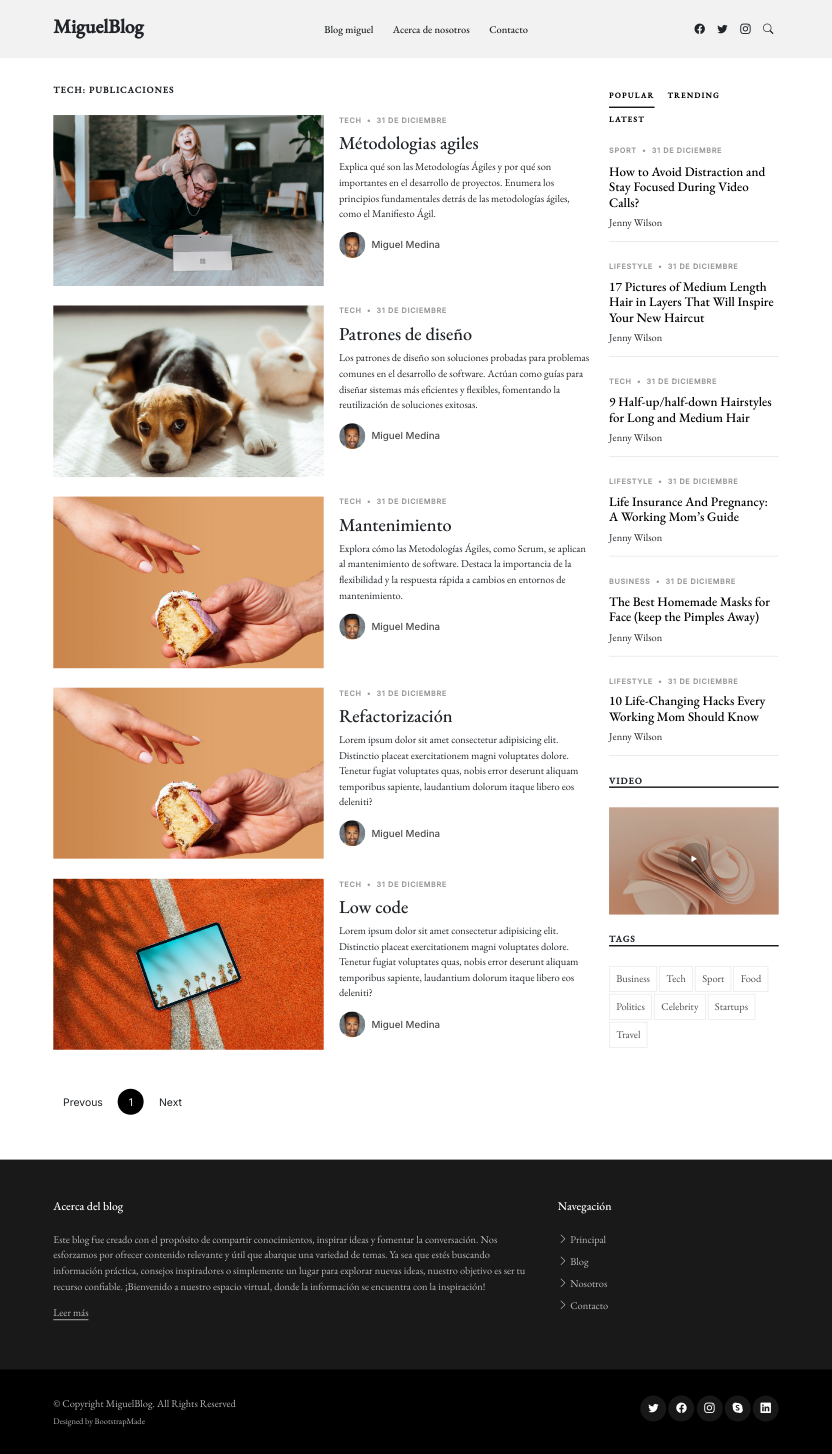
Repository: MiguelDev5/blog-miguel
Page: index.html
These files come from the project's save history. The page is drawn as it stood at one moment and after the next save; the edit follows.
The browser window is 1280 px wide. The pictures show the whole page, at 65% of full size.
Some web fonts or font styles are not loaded; a fallback is used.

Above is the page before, as saved 2024-01-01 20:35:38.

### index.html
<!DOCTYPE html>
<html lang="en">

<head>
  <meta charset="utf-8">
  <meta content="width=device-width, initial-scale=1.0" name="viewport">

  <title>MiguelBlog Bootstrap Template - Category</title>
  <meta content="" name="description">
  <meta content="" name="keywords">

  <!-- Favicons -->
  <link href="assets/img/favicon.png" rel="icon">
  <link href="assets/img/apple-touch-icon.png" rel="apple-touch-icon">

  <!-- Google Fonts -->
  <link rel="preconnect" href="https://fonts.googleapis.com">
  <link rel="preconnect" href="https://fonts.gstatic.com" crossorigin>
  <link href="https://fonts.googleapis.com/css2?family=EB+Garamond:wght@400;500&family=Inter:wght@400;500&family=Playfair+Display:ital,wght@0,400;0,700;1,400;1,700&display=swap" rel="stylesheet">

  <!-- Vendor CSS Files -->
  <link href="assets/vendor/bootstrap/css/bootstrap.min.css" rel="stylesheet">
  <link href="assets/vendor/bootstrap-icons/bootstrap-icons.css" rel="stylesheet">
  <link href="assets/vendor/swiper/swiper-bundle.min.css" rel="stylesheet">
  <link href="assets/vendor/glightbox/css/glightbox.min.css" rel="stylesheet">
  <link href="assets/vendor/aos/aos.css" rel="stylesheet">

  <!-- Template Main CSS Files -->
  <link href="assets/css/variables.css" rel="stylesheet">
  <link href="assets/css/main.css" rel="stylesheet">

  <!-- =======================================================
  * Template Name: MiguelBlog
  * Updated: Sep 18 2023 with Bootstrap v5.3.2
  * Template URL: https://bootstrapmade.com/miguelBlog-bootstrap-blog-template/
  * Author: BootstrapMade.com
  * License: https:///bootstrapmade.com/license/
  ======================================================== -->
</head>

<body>

  <!-- ======= Header ======= -->
  <header id="header" class="header d-flex align-items-center fixed-top">
    <div class="container-fluid container-xl d-flex align-items-center justify-content-between">

      <a href="index.html" class="logo d-flex align-items-center">
        <!-- Uncomment the line below if you also wish to use an image logo -->
        <!-- <img src="assets/img/logo.png" alt=""> -->
        <h1>MiguelBlog</h1>
      </a>

      <nav id="navbar" class="navbar">
        <ul>
          <li><a href="index.html">Blog miguel</a></li>
          <li><a href="about.html">Acerca de nosotros</a></li>
          <li><a href="contact.html">Contacto</a></li>
        </ul>
      </nav><!-- .navbar -->

      <div class="position-relative">
        <a href="#" class="mx-2"><span class="bi-facebook"></span></a>
        <a href="#" class="mx-2"><span class="bi-twitter"></span></a>
        <a href="#" class="mx-2"><span class="bi-instagram"></span></a>

        <a href="#" class="mx-2 js-search-open"><span class="bi-search"></span></a>
        <i class="bi bi-list mobile-nav-toggle"></i>

        <!-- ======= Search Form ======= -->
        <div class="search-form-wrap js-search-form-wrap">
          <form action="search-result.html" class="search-form">
            <span class="icon bi-search"></span>
            <input type="text" placeholder="Search" class="form-control">
            <button class="btn js-search-close"><span class="bi-x"></span></button>
          </form>
        </div><!-- End Search Form -->

      </div>

    </div>

  </header><!-- End Header -->

  <main id="main">
    <section>
      <div class="container">
        <div class="row">

          <div class="col-md-9" data-aos="fade-up">
            <h3 class="category-title">Tech: publicaciones</h3>

            <div class="d-md-flex post-entry-2 half">
              <a href="single-post.html" class="me-4 thumbnail">
                <img src="assets/img/post-landscape-6.jpg" alt="" class="img-fluid">
              </a>
              <div>
                <div class="post-meta"><span class="date">Tech</span> <span class="mx-1">&bullet;</span> <span>31 de Diciembre</span></div>
                <h3><a href="post-ma.html">Métodologias agiles</a></h3>
                <p>Explica qué son las Metodologías Ágiles y por qué son importantes en el desarrollo de proyectos.
                  Enumera los principios fundamentales detrás de las metodologías ágiles, como el Manifiesto Ágil.</p>
                <div class="d-flex align-items-center author">
                  <div class="photo"><img src="assets/img/person-2.jpg" alt="" class="img-fluid"></div>
                  <div class="name">
                    <h3 class="m-0 p-0">Miguel Medina</h3>
                  </div>
                </div>
              </div>
            </div>

            <div class="d-md-flex post-entry-2 half">
              <a href="single-post.html" class="me-4 thumbnail">
                <img src="assets/img/post-landscape-1.jpg" alt="" class="img-fluid">
              </a>
              <div>
                <div class="post-meta"><span class="date">Tech</span> <span class="mx-1">&bullet;</span> <span>31 de Diciembre</span></div>
                <h3><a href="post-pd.html">Patrones de diseño</a></h3>
                <p>Los patrones de diseño son soluciones probadas para problemas comunes en el desarrollo de software. Actúan como guías para diseñar sistemas más eficientes y flexibles, fomentando la reutilización de soluciones exitosas.</p>
                <div class="d-flex align-items-center author">
                  <div class="photo"><img src="assets/img/person-2.jpg" alt="" class="img-fluid"></div>
                  <div class="name">
                    <h3 class="m-0 p-0">Miguel Medina</h3>
                  </div>
                </div>
              </div>
            </div>

            <div class="d-md-flex post-entry-2 half">
              <a href="single-post.html" class="me-4 thumbnail">
                <img src="assets/img/post-landscape-2.jpg" alt="" class="img-fluid">
              </a>
              <div>
                <div class="post-meta"><span class="date">Tech</span> <span class="mx-1">&bullet;</span> <span>31 de Diciembre</span></div>
                <h3><a href="m-post.html">Mantenimiento</a></h3>
                <p>Explora cómo las Metodologías Ágiles, como Scrum, se aplican al mantenimiento de software. Destaca la importancia de la flexibilidad y la respuesta rápida a cambios en entornos de mantenimiento.</p>
                <div class="d-flex align-items-center author">
                  <div class="photo"><img src="assets/img/person-2.jpg" alt="" class="img-fluid"></div>
                  <div class="name">
                    <h3 class="m-0 p-0">Miguel Medina</h3>
                  </div>
                </div>
              </div>
            </div>

            <div class="d-md-flex post-entry-2 half">
              <a href="single-post.html" class="me-4 thumbnail">
                <img src="assets/img/post-landscape-2.jpg" alt="" class="img-fluid">
              </a>
              <div>
                <div class="post-meta"><span class="date">Tech</span> <span class="mx-1">&bullet;</span> <span>31 de Diciembre</span></div>
                <h3><a href="single-post.html">Refactorización</a></h3>
                <p>Lorem ipsum dolor sit amet consectetur adipisicing elit. Distinctio placeat exercitationem magni voluptates dolore. Tenetur fugiat voluptates quas, nobis error deserunt aliquam temporibus sapiente, laudantium dolorum itaque libero eos deleniti?</p>
                <div class="d-flex align-items-center author">
                  <div class="photo"><img src="assets/img/person-2.jpg" alt="" class="img-fluid"></div>
                  <div class="name">
                    <h3 class="m-0 p-0">Miguel Medina</h3>
                  </div>
                </div>
              </div>
            </div>

            <div class="d-md-flex post-entry-2 half">
              <a href="single-post.html" class="me-4 thumbnail">
                <img src="assets/img/post-landscape-3.jpg" alt="" class="img-fluid">
              </a>
              <div>
                <div class="post-meta"><span class="date">Tech</span> <span class="mx-1">&bullet;</span> <span>31 de Diciembre</span></div>
                <h3><a href="single-post.html">Low code</a></h3>
                <p>Lorem ipsum dolor sit amet consectetur adipisicing elit. Distinctio placeat exercitationem magni voluptates dolore. Tenetur fugiat voluptates quas, nobis error deserunt aliquam temporibus sapiente, laudantium dolorum itaque libero eos deleniti?</p>
                <div class="d-flex align-items-center author">
                  <div class="photo"><img src="assets/img/person-2.jpg" alt="" class="img-fluid"></div>
                  <div class="name">
                    <h3 class="m-0 p-0">Miguel Medina</h3>
                  </div>
                </div>
              </div>
            </div>
            <div class="text-start py-4">
              <div class="custom-pagination">
                <a href="#" class="prev">Prevous</a>
                <a href="#" class="active">1</a>
                <a href="#" class="next">Next</a>
              </div>
            </div>
          </div>

          <div class="col-md-3">
            <!-- ======= Sidebar ======= -->
            <div class="aside-block">

              <ul class="nav nav-pills custom-tab-nav mb-4" id="pills-tab" role="tablist">
                <li class="nav-item" role="presentation">
                  <button class="nav-link active" id="pills-popular-tab" data-bs-toggle="pill" data-bs-target="#pills-popular" type="button" role="tab" aria-controls="pills-popular" aria-selected="true">Popular</button>
                </li>
                <li class="nav-item" role="presentation">
                  <button class="nav-link" id="pills-trending-tab" data-bs-toggle="pill" data-bs-target="#pills-trending" type="button" role="tab" aria-controls="pills-trending" aria-selected="false">Trending</button>
                </li>
                <li class="nav-item" role="presentation">
                  <button class="nav-link" id="pills-latest-tab" data-bs-toggle="pill" data-bs-target="#pills-latest" type="button" role="tab" aria-controls="pills-latest" aria-selected="false">Latest</button>
                </li>
              </ul>

              <div class="tab-content" id="pills-tabContent">

                <!-- Popular -->
                <div class="tab-pane fade show active" id="pills-popular" role="tabpanel" aria-labelledby="pills-popular-tab">
                  <div class="post-entry-1 border-bottom">
                    <div class="post-meta"><span class="date">Sport</span> <span class="mx-1">&bullet;</span> <span>31 de Diciembre</span></div>
                    <h2 class="mb-2"><a href="#">How to Avoid Distraction and Stay Focused During Video Calls?</a></h2>
                    <span class="author mb-3 d-block">Jenny Wilson</span>
                  </div>

                  <div class="post-entry-1 border-bottom">
                    <div class="post-meta"><span class="date">Lifestyle</span> <span class="mx-1">&bullet;</span> <span>31 de Diciembre</span></div>
                    <h2 class="mb-2"><a href="#">17 Pictures of Medium Length Hair in Layers That Will Inspire Your New Haircut</a></h2>
                    <span class="author mb-3 d-block">Jenny Wilson</span>
                  </div>

                  <div class="post-entry-1 border-bottom">
                    <div class="post-meta"><span class="date">Tech</span> <span class="mx-1">&bullet;</span> <span>31 de Diciembre</span></div>
                    <h2 class="mb-2"><a href="#">9 Half-up/half-down Hairstyles for Long and Medium Hair</a></h2>
                    <span class="author mb-3 d-block">Jenny Wilson</span>
                  </div>

                  <div class="post-entry-1 border-bottom">
                    <div class="post-meta"><span class="date">Lifestyle</span> <span class="mx-1">&bullet;</span> <span>31 de Diciembre</span></div>
                    <h2 class="mb-2"><a href="#">Life Insurance And Pregnancy: A Working Mom’s Guide</a></h2>
                    <span class="author mb-3 d-block">Jenny Wilson</span>
                  </div>

                  <div class="post-entry-1 border-bottom">
                    <div class="post-meta"><span class="date">Business</span> <span class="mx-1">&bullet;</span> <span>31 de Diciembre</span></div>
                    <h2 class="mb-2"><a href="#">The Best Homemade Masks for Face (keep the Pimples Away)</a></h2>
                    <span class="author mb-3 d-block">Jenny Wilson</span>
                  </div>

                  <div class="post-entry-1 border-bottom">
                    <div class="post-meta"><span class="date">Lifestyle</span> <span class="mx-1">&bullet;</span> <span>31 de Diciembre</span></div>
                    <h2 class="mb-2"><a href="#">10 Life-Changing Hacks Every Working Mom Should Know</a></h2>
                    <span class="author mb-3 d-block">Jenny Wilson</span>
                  </div>
                </div> <!-- End Popular -->

                <!-- Trending -->
                <div class="tab-pane fade" id="pills-trending" role="tabpanel" aria-labelledby="pills-trending-tab">
                  <div class="post-entry-1 border-bottom">
                    <div class="post-meta"><span class="date">Lifestyle</span> <span class="mx-1">&bullet;</span> <span>31 de Diciembre</span></div>
                    <h2 class="mb-2"><a href="#">17 Pictures of Medium Length Hair in Layers That Will Inspire Your New Haircut</a></h2>
                    <span class="author mb-3 d-block">Jenny Wilson</span>
                  </div>

                  <div class="post-entry-1 border-bottom">
                    <div class="post-meta"><span class="date">Tech</span> <span class="mx-1">&bullet;</span> <span>31 de Diciembre</span></div>
                    <h2 class="mb-2"><a href="#">9 Half-up/half-down Hairstyles for Long and Medium Hair</a></h2>
                    <span class="author mb-3 d-block">Jenny Wilson</span>
                  </div>

                  <div class="post-entry-1 border-bottom">
                    <div class="post-meta"><span class="date">Lifestyle</span> <span class="mx-1">&bullet;</span> <span>31 de Diciembre</span></div>
                    <h2 class="mb-2"><a href="#">Life Insurance And Pregnancy: A Working Mom’s Guide</a></h2>
                    <span class="author mb-3 d-block">Jenny Wilson</span>
                  </div>

                  <div class="post-entry-1 border-bottom">
                    <div class="post-meta"><span class="date">Sport</span> <span class="mx-1">&bullet;</span> <span>31 de Diciembre</span></div>
                    <h2 class="mb-2"><a href="#">How to Avoid Distraction and Stay Focused During Video Calls?</a></h2>
                    <span class="author mb-3 d-block">Jenny Wilson</span>
                  </div>
                  <div class="post-entry-1 border-bottom">
                    <div class="post-meta"><span class="date">Business</span> <span class="mx-1">&bullet;</span> <span>31 de Diciembre</span></div>
                    <h2 class="mb-2"><a href="#">The Best Homemade Masks for Face (keep the Pimples Away)</a></h2>
                    <span class="author mb-3 d-block">Jenny Wilson</span>
                  </div>

                  <div class="post-entry-1 border-bottom">
                    <div class="post-meta"><span class="date">Lifestyle</span> <span class="mx-1">&bullet;</span> <span>31 de Diciembre</span></div>
                    <h2 class="mb-2"><a href="#">10 Life-Changing Hacks Every Working Mom Should Know</a></h2>
                    <span class="author mb-3 d-block">Jenny Wilson</span>
                  </div>
                </div> <!-- End Trending -->

                <!-- Latest -->
                <div class="tab-pane fade" id="pills-latest" role="tabpanel" aria-labelledby="pills-latest-tab">
                  <div class="post-entry-1 border-bottom">
                    <div class="post-meta"><span class="date">Lifestyle</span> <span class="mx-1">&bullet;</span> <span>31 de Diciembre</span></div>
                    <h2 class="mb-2"><a href="#">Life Insurance And Pregnancy: A Working Mom’s Guide</a></h2>
                    <span class="author mb-3 d-block">Jenny Wilson</span>
                  </div>

                  <div class="post-entry-1 border-bottom">
                    <div class="post-meta"><span class="date">Business</span> <span class="mx-1">&bullet;</span> <span>31 de Diciembre</span></div>
                    <h2 class="mb-2"><a href="#">The Best Homemade Masks for Face (keep the Pimples Away)</a></h2>
                    <span class="author mb-3 d-block">Jenny Wilson</span>
                  </div>

                  <div class="post-entry-1 border-bottom">
                    <div class="post-meta"><span class="date">Lifestyle</span> <span class="mx-1">&bullet;</span> <span>31 de Diciembre</span></div>
                    <h2 class="mb-2"><a href="#">10 Life-Changing Hacks Every Working Mom Should Know</a></h2>
                    <span class="author mb-3 d-block">Jenny Wilson</span>
                  </div>

                  <div class="post-entry-1 border-bottom">
                    <div class="post-meta"><span class="date">Sport</span> <span class="mx-1">&bullet;</span> <span>31 de Diciembre</span></div>
                    <h2 class="mb-2"><a href="#">How to Avoid Distraction and Stay Focused During Video Calls?</a></h2>
                    <span class="author mb-3 d-block">Jenny Wilson</span>
                  </div>

                  <div class="post-entry-1 border-bottom">
                    <div class="post-meta"><span class="date">Lifestyle</span> <span class="mx-1">&bullet;</span> <span>31 de Diciembre</span></div>
                    <h2 class="mb-2"><a href="#">17 Pictures of Medium Length Hair in Layers That Will Inspire Your New Haircut</a></h2>
                    <span class="author mb-3 d-block">Jenny Wilson</span>
                  </div>

                  <div class="post-entry-1 border-bottom">
                    <div class="post-meta"><span class="date">Tech</span> <span class="mx-1">&bullet;</span> <span>31 de Diciembre</span></div>
                    <h2 class="mb-2"><a href="#">9 Half-up/half-down Hairstyles for Long and Medium Hair</a></h2>
                    <span class="author mb-3 d-block">Jenny Wilson</span>
                  </div>

                </div> <!-- End Latest -->

              </div>
            </div>

            <div class="aside-block">
              <h3 class="aside-title">Video</h3>
              <div class="video-post">
                <a href="https://www.youtube.com/watch?v=AiFfDjmd0jU" class="glightbox link-video">
                  <span class="bi-play-fill"></span>
                  <img src="assets/img/post-landscape-5.jpg" alt="" class="img-fluid">
                </a>
              </div>
            </div><!-- End Video -->



            <div class="aside-block">
              <h3 class="aside-title">Tags</h3>
              <ul class="aside-tags list-unstyled">
                <li><a href="category.html">Business</a></li>
                <li><a href="category.html">Tech</a></li>
                <li><a href="category.html">Sport</a></li>
                <li><a href="category.html">Food</a></li>
                <li><a href="category.html">Politics</a></li>
                <li><a href="category.html">Celebrity</a></li>
                <li><a href="category.html">Startups</a></li>
                <li><a href="category.html">Travel</a></li>
              </ul>
            </div><!-- End Tags -->

          </div>

        </div>
      </div>
    </section>
  </main><!-- End #main -->

  <!-- ======= Footer ======= -->
  <footer id="footer" class="footer">
    <div class="footer-content">
      <div class="container">
        <div class="row g-5">
          <div class="col-lg-8">
            <h3 class="footer-heading">Acerca del blog</h3>
            <p>Este blog fue creado con el propósito de compartir conocimientos, inspirar ideas y fomentar la conversación. Nos esforzamos por ofrecer contenido relevante y útil que abarque una variedad de temas. Ya sea que estés buscando información práctica, consejos inspiradores o simplemente un lugar para explorar nuevas ideas, nuestro objetivo es ser tu recurso confiable. ¡Bienvenido a nuestro espacio virtual, donde la información se encuentra con la inspiración!</p>
            <p><a href="about.html" class="footer-link-more">Leer más</a></p>
          </div>
          <div class="col-6 col-lg-2">
            <h3 class="footer-heading">Navegación</h3>
            <ul class="footer-links list-unstyled">
              <li><a href="index.html"><i class="bi bi-chevron-right"></i> Principal</a></li>
              <li><a href="index.html"><i class="bi bi-chevron-right"></i> Blog</a></li>
              <li><a href="about.html"><i class="bi bi-chevron-right"></i> Nosotros</a></li>
              <li><a href="contact.html"><i class="bi bi-chevron-right"></i> Contacto</a></li>
            </ul>
          </div>
        </div>
      </div>
    </div>

    <div class="footer-legal">
      <div class="container">

        <div class="row justify-content-between">
          <div class="col-md-6 text-center text-md-start mb-3 mb-md-0">
            <div class="copyright">
              © Copyright <strong><span>MiguelBlog</span></strong>. All Rights Reserved
            </div>

            <div class="credits">
              Designed by BootstrapMade
            </div>

          </div>

          <div class="col-md-6">
            <div class="social-links mb-3 mb-lg-0 text-center text-md-end">
              <a href="#" class="twitter"><i class="bi bi-twitter"></i></a>
              <a href="#" class="facebook"><i class="bi bi-facebook"></i></a>
              <a href="#" class="instagram"><i class="bi bi-instagram"></i></a>
              <a href="#" class="google-plus"><i class="bi bi-skype"></i></a>
              <a href="#" class="linkedin"><i class="bi bi-linkedin"></i></a>
            </div>

          </div>

        </div>

      </div>
    </div>
  </footer>

  <a href="#" class="scroll-top d-flex align-items-center justify-content-center"><i class="bi bi-arrow-up-short"></i></a>

  <!-- Vendor JS Files -->
  <script src="assets/vendor/bootstrap/js/bootstrap.bundle.min.js"></script>
  <script src="assets/vendor/swiper/swiper-bundle.min.js"></script>
  <script src="assets/vendor/glightbox/js/glightbox.min.js"></script>
  <script src="assets/vendor/aos/aos.js"></script>
  <script src="assets/vendor/php-email-form/validate.js"></script>

  <!-- Template Main JS File -->
  <script src="assets/js/main.js"></script>

</body>

</html>

Loaded but not shown: assets/vendor/bootstrap/css/bootstrap.min.css (library); assets/vendor/bootstrap-icons/bootstrap-icons.css (library); assets/vendor/swiper/swiper-bundle.min.css (library); assets/vendor/glightbox/css/glightbox.min.css (library); assets/vendor/aos/aos.css (library); assets/vendor/bootstrap/js/bootstrap.bundle.min.js (library); assets/vendor/swiper/swiper-bundle.min.js (library); assets/vendor/glightbox/js/glightbox.min.js (library); assets/vendor/aos/aos.js (library); assets/vendor/php-email-form/validate.js (common file); assets/js/main.js (154 lines, source omitted); assets/css/main.css (1300 lines, source omitted); assets/css/variables.css (207 lines, source omitted)

After the next save:
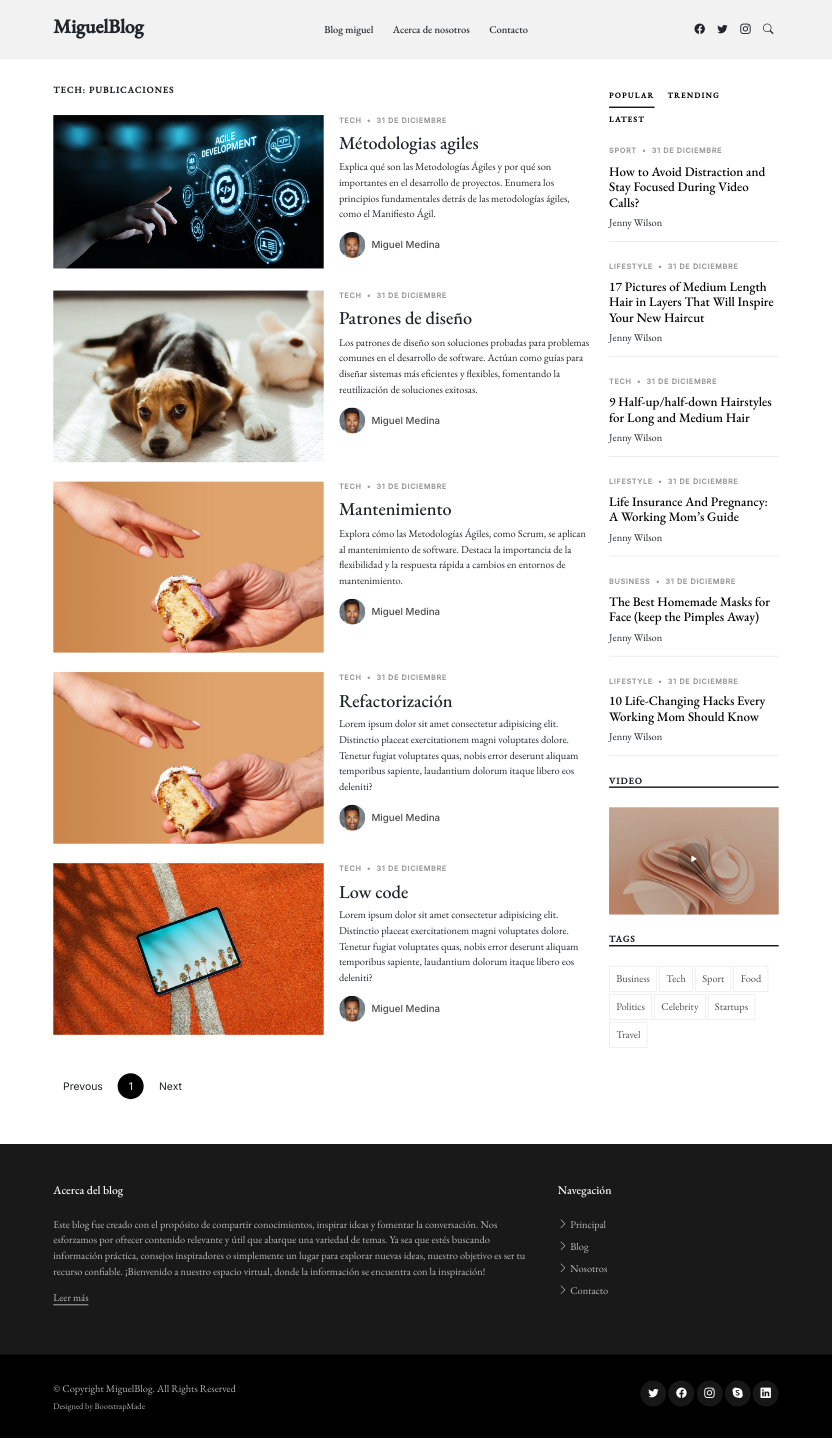
Saved 56 s later.
--- a/index.html
+++ b/index.html
@@ -91,7 +91,7 @@
 
             <div class="d-md-flex post-entry-2 half">
               <a href="single-post.html" class="me-4 thumbnail">
-                <img src="assets/img/post-landscape-6.jpg" alt="" class="img-fluid">
+                <img src="assets/img/ma001.jpg" alt="" class="img-fluid">
               </a>
               <div>
                 <div class="post-meta"><span class="date">Tech</span> <span class="mx-1">&bullet;</span> <span>31 de Diciembre</span></div>
